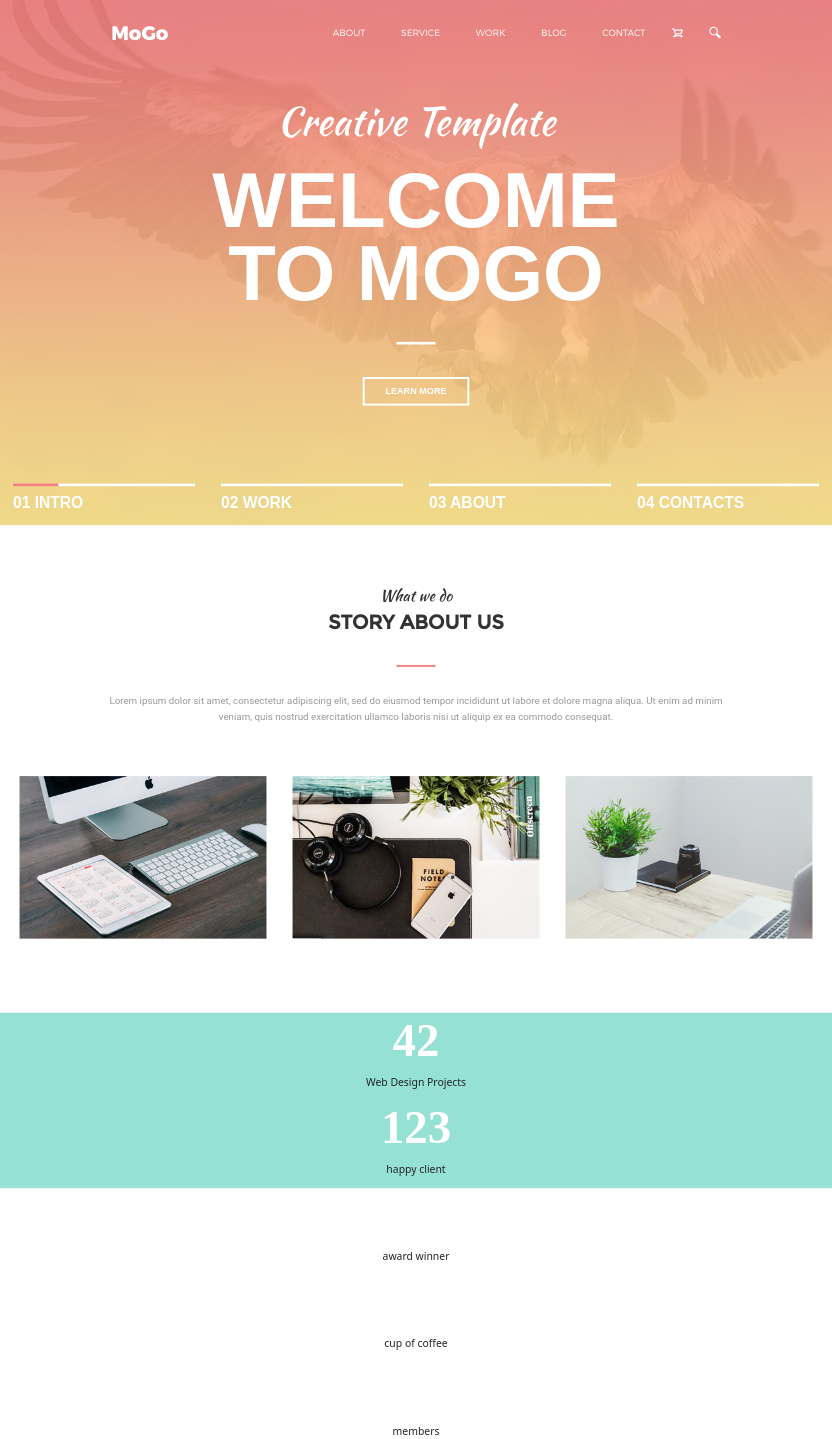
Repository: RaffiBarseghyan/mogo
Page: /
These files come from the project's save history. The page is drawn as it stood at one moment and after the next save; the edit follows.
The browser window is 1280 px wide. The pictures show the whole page, at 65% of full size.
The project was rebuilt for these pictures with package versions that can differ from the ones it lists, and the page was loaded fresh each time.

Above is the page before, as saved 2023-05-11 17:51:39.

After the next save:
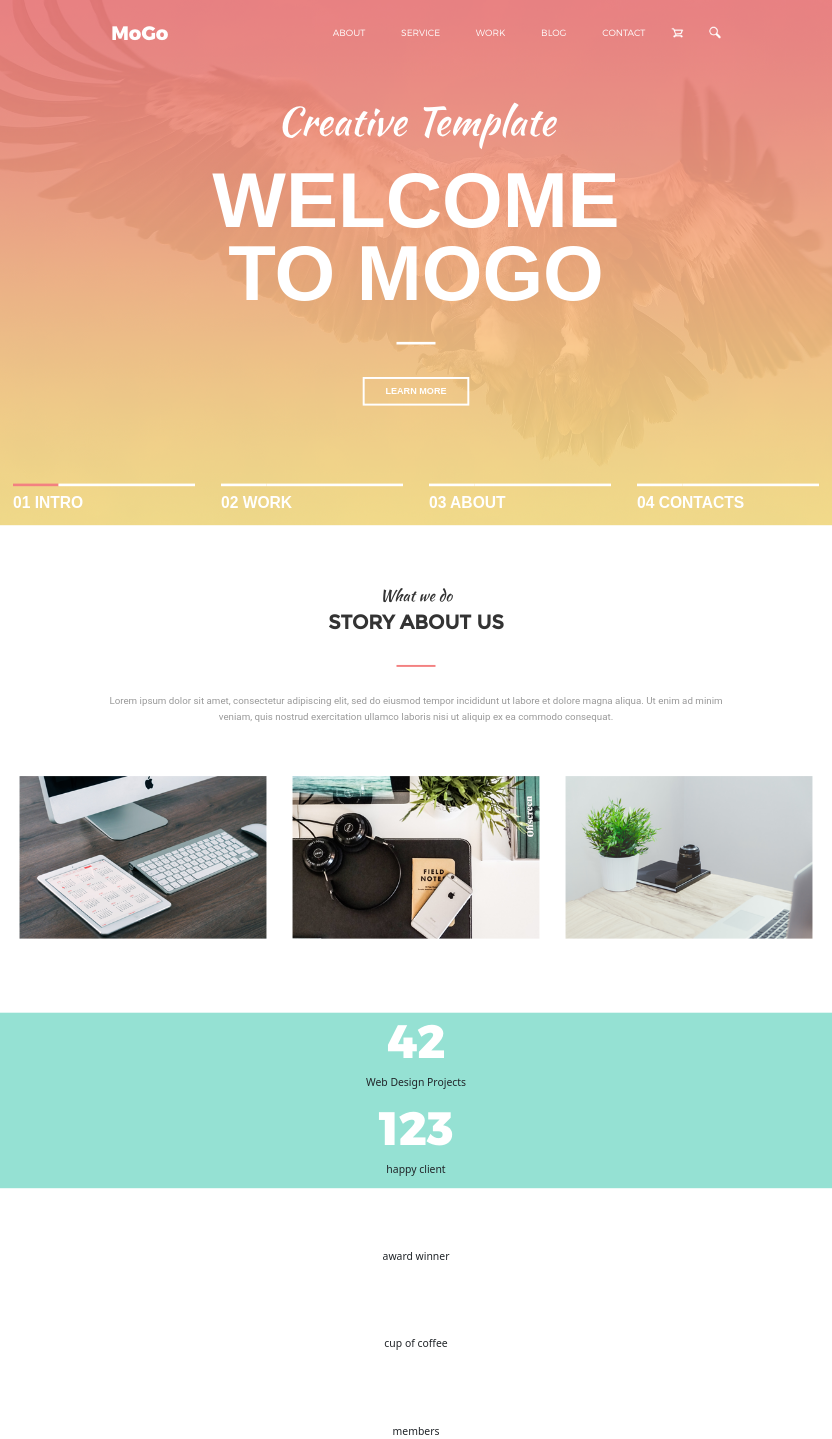
Saved 20 s later.
--- a/src/Pages/AboutUs/aboutUs.module.scss
+++ b/src/Pages/AboutUs/aboutUs.module.scss
@@ -125,7 +125,7 @@
     text-transform: uppercase;
     color: #ffffff;
     font-weight: 700;
-    font-family: "Montserrat-ExtraBold";
+    font-family: "Montserrat_bold";
     text-align: center;
   }
 
